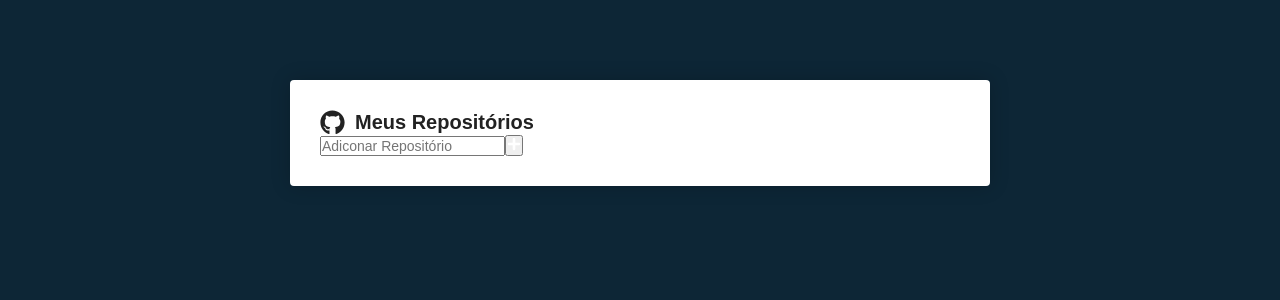
Repository: wellingtondevops/repo-git
Page: /
The author's editor kept a copy of each file at every save. The page is drawn from the files as they stood at one save, then again after a run of saves.
The browser window is 1280 px wide. The pictures show the whole page.
The project was rebuilt for these pictures with package versions that can differ from the ones it lists, and the page was loaded fresh each time. A package was used in the major version that the imports need, not the one package.json lists. Also part of the build but not shown: src/pages/Repositorio/index.js.

Above is the page before, as saved 2025-06-24 21:07:30.

### src/index.js
import React from 'react';
import { createRoot } from 'react-dom/client';
import App from './App';

const container = document.getElementById('root');
const root = createRoot(container);

root.render(
  <React.StrictMode>
    <App />
  </React.StrictMode>
)

### src/App.js
import Routes from "./routes";
import GlobalStyles from "./styles/global";




function App() {
  return (
   <>
   <GlobalStyles/>
   <Routes/>
   </>

  );
}

export default App;

### src/routes.js
import React from "react";
import {BrowserRouter,Route,Switch} from "react-router-dom"
import Main from "./pages/Main";
import Repositorio from "./pages/Repositorio";



export default function Routes(){

return(
    <BrowserRouter>
    <Switch>
        <Route exact path="/" component={Main}/>
        <Route exact path="/repositorio/:repositorio" component={Repositorio}/>
    </Switch>
    </BrowserRouter>
)

}

### src/styles/global.js
import { createGlobalStyle } from "styled-components"

export default createGlobalStyle`
*{
    margin: 0;
    padding: 0;
    outline: 0;
    box-sizing: border-box;

}

html, body, #root{
    min-height: 100%;
}

body{
    background: #0D2636;
    font-size: 14px;
    -webkit-font-smoothing: antialiased !important;
}

body, input, button{
    color: #222;
    font-size: 14px;
    font-family: Arial, Helvetica, sans-serif;
}

button{
    cursor: pointer;

}






`

### src/pages/Main/index.js
import React from "react";
import { FaGithub, FaPlus } from "react-icons/fa"
import { Container, Form, SubmitButton } from "./style";

export default function Main() {
    return (
        <Container>
            <h1>
                <FaGithub size={25} />
                Meus Repositórios
            </h1>
            <Form onSubmit={() => { }}>
                <input type="text" placeholder="Adiconar Repositório"></input>
                <SubmitButton>
                    <FaPlus color="#FFF" size={14} />
                </SubmitButton>
            </Form>
        </Container>

    )
}

### src/pages/Main/style.js
import styled from "styled-components";

export const Container = styled.div`
max-width: 700px;
background-color: #FFF;
border-radius: 4px;
box-shadow: 0 0 20px rgba(0,0,0,0.2);;
padding: 30px;
margin: 80px auto;

h1{
  font-size: 20px;
  display: flex;
  align-items: center;
  flex-direction: row;

  svg{
    margin-right: 10px;
  }
}
`;

export const Form = styled.form`

`;
export const SubmitButton = styled.button`

`;

Loaded but not shown: public/index.html (common file)

After the next 2 saves:
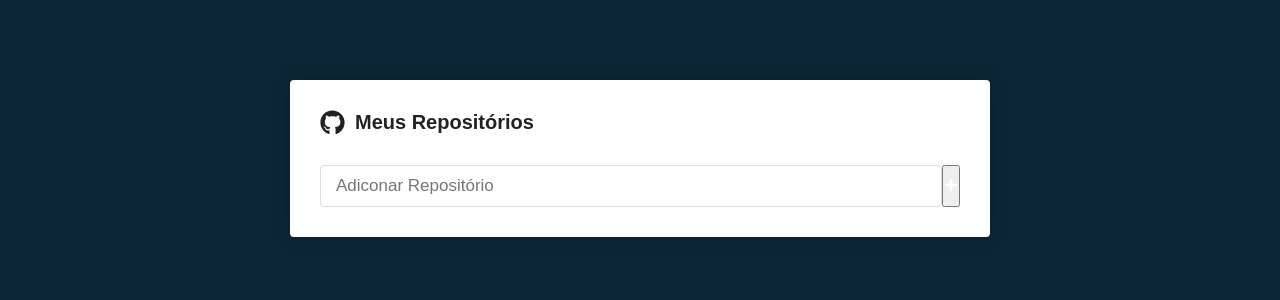
The 2 saves are shown as one change because they came seconds apart.
The last was saved 75 s later.
--- a/src/pages/Main/style.js
+++ b/src/pages/Main/style.js
@@ -22,6 +22,18 @@ h1{
 
 export const Form = styled.form`
 
+margin-top: 30px;
+display: flex;
+flex-direction: row;
+
+input{
+  flex: 1;
+  border: 1px solid #DDD;
+  padding: 10px 15px;
+  border-radius: 4px;
+  font-size: 17px;
+}
+
 `;
 export const SubmitButton = styled.button`
 
